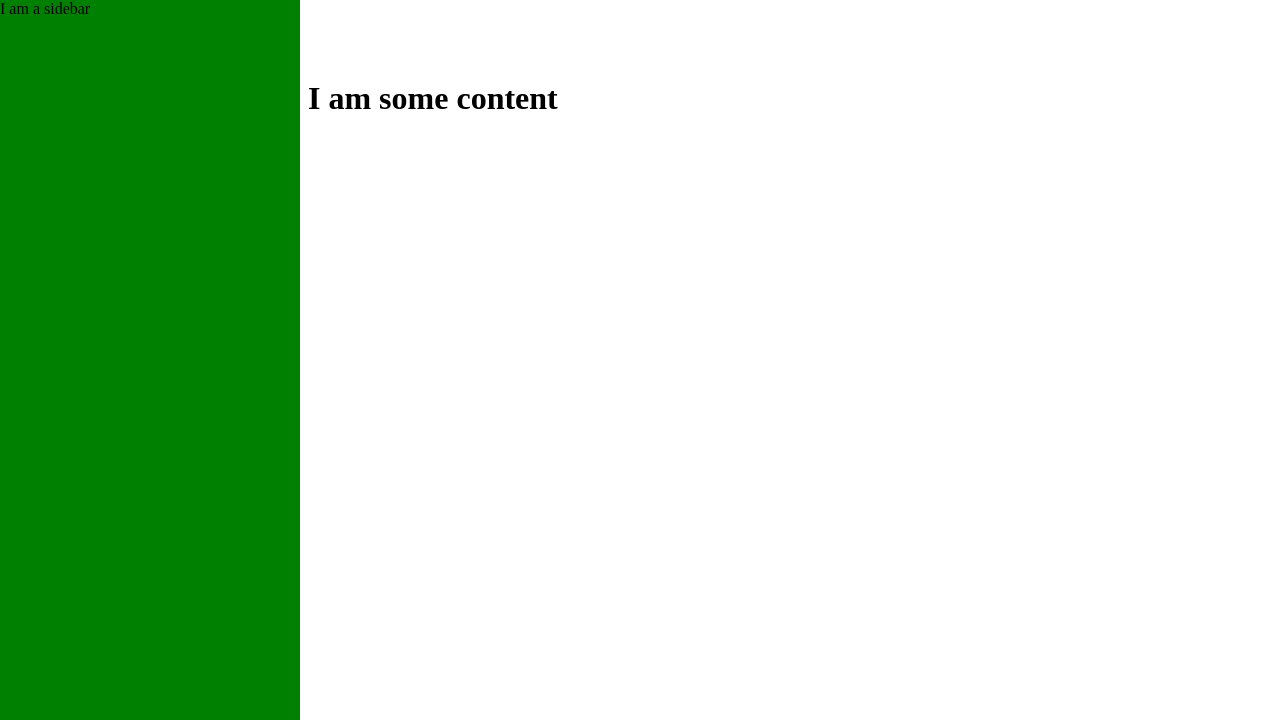
Repository: taivuong95/react-stephen-grider
Page: streams/client/public/modal.html
An editor plug-in stored every save of this project. The page is shown before and after the next save, followed by the edit.
The browser window is 1280 px wide. The pictures show the whole page.

Above is the page before, as saved 2021-01-09 10:30:55.

After the next save:
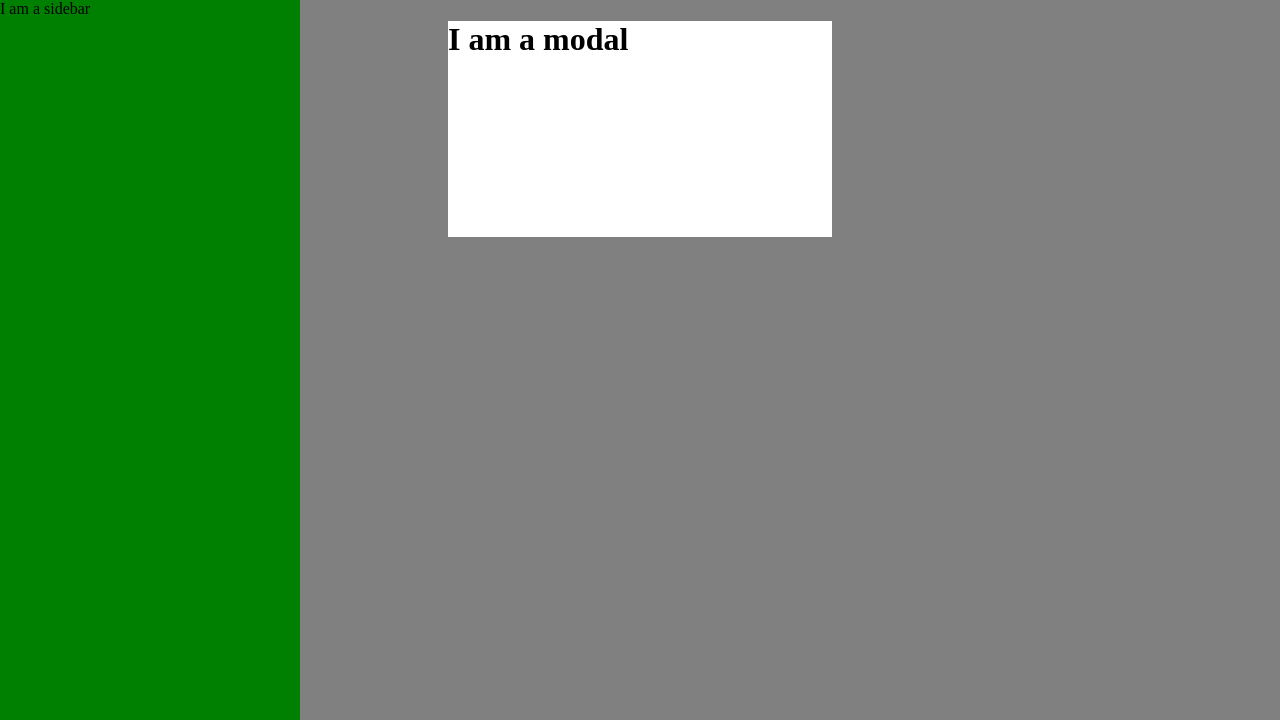
Saved 109 s later.
--- a/streams/client/public/modal.html
+++ b/streams/client/public/modal.html
@@ -14,6 +14,20 @@
         .content{
             margin-left: 300px;
         }
+        .modal-body{
+            background-color: #fff;
+            margin: auto;
+            height: 30%;
+            width: 30%;
+        }
+        .modal{
+            height: 100%;
+            width: 100%;
+            position: fixed;
+            background-color: grey;
+            left: 0;
+            top: 0;
+        }
     </style>
 </head>
 <body>
